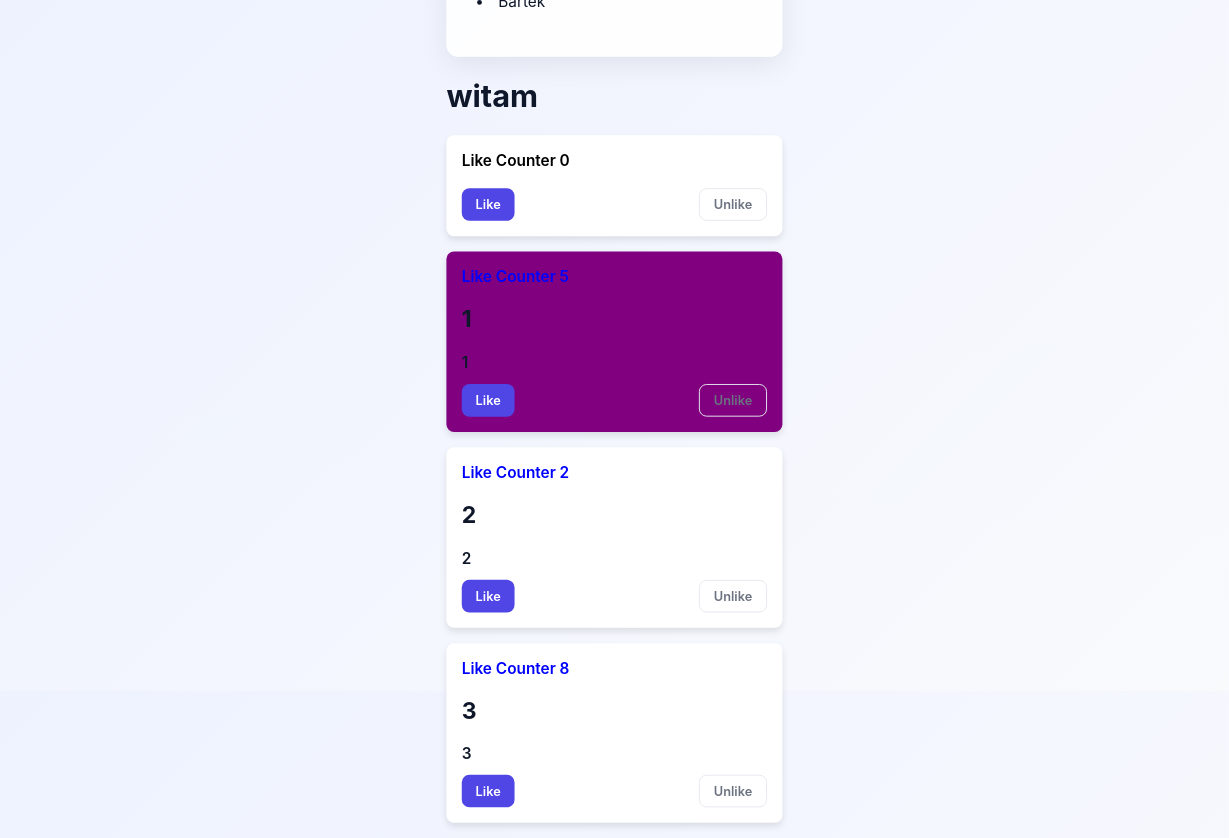
Repository: KrystianTrzy/reactapt
Page: /
An editor plug-in stored every save of this project. The page is shown before and after the next save, followed by the edit.
The browser window is 1280 px wide. The pictures show the whole page, at 96% of full size.
The project was rebuilt for these pictures with package versions that can differ from the ones it lists, and the page was loaded fresh each time.

Above is the page before, as saved 2025-11-22 09:43:03.

### src/index.js
import React from 'react';
import ReactDOM from 'react-dom/client';
import './index.css';
import App from './components/App/App';
import LikeCounter from './components/App/LikeCounter/LikeCounter';

const root = ReactDOM.createRoot(document.getElementById('root'));
root.render(
  <React.StrictMode>
    <div>
      <App />
      <h1>witam</h1>
      <LikeCounter />
      <LikeCounter
        color="purple"
        title="1"
        description="1"
        count ="5"
      />

      <LikeCounter
        title="2"
        description="2"
        count ="2"
      />

      <LikeCounter
        title="3"
        description="3"
        count ="8"
      />
    </div>
  </React.StrictMode>
);

// If you want to start measuring performance in your app, pass a function
// to log results (for example: reportWebVitals(console.log))
// or send to an analytics endpoint. Learn more: https://bit.ly/CRA-vitals

### src/index.css
:root {
	--bg: #f6f8ff;
	--card: #ffffff;
	--accent: #4f46e5;
	--muted: #6b7280;
	--radius: 12px;
}

* {
	box-sizing: border-box;
}

html, body, #root {
	height: 100%;
}

body {
	margin: 0;
	font-family: Inter, system-ui, -apple-system, 'Segoe UI', Roboto, 'Helvetica Neue', Arial;
	background: linear-gradient(135deg, #eef2ff 0%, #f8fafc 100%);
	color: #0f172a;
	-webkit-font-smoothing: antialiased;
	-moz-osx-font-smoothing: grayscale;
}

#root {
	display: flex;
	align-items: center;
	justify-content: center;
	padding: 2rem;
}

.App {
	width: 100%;
	max-width: 920px;
	background: rgba(255,255,255,0.9);
	border-radius: var(--radius);
	box-shadow: 0 8px 30px rgba(2,6,23,0.08);
	padding: 2rem;
}

ul {
	padding-left: 1.1rem;
}

button {
	font-family: inherit;
}

### src/components/App/App.js
import LikeCounter from './LikeCounter/LikeCounter';

function App() {
  const name = "Krystian";
  const names =['Adrian', 'Maciek', 'Pawel', 'Bartek'];
  return (
    <>
      <div className="App">
          <p>
            {name.length > 4 ? name : 'Hello firends'}
          </p>
          <p> {names.map((name) => <li key={name}>{name}</li>) }</p>
      </div>
    </>
  );
}

export default App;

### src/components/App/LikeCounter/LikeCounter.js
import React, { useState } from 'react'
import './LikeCounter.css'

function LikeCounter({ color, title, description, count = 0 }) {
    const [likes, setLikes] = useState(Number(count));
    const handleLike = () => {
        setLikes(likes + 1);
    };

    const handleUnlike = () => {
        if (likes > 0) {
            setLikes(likes - 1);
        }
    };

    return (
        <div className="post" style={{backgroundColor: color }}>
            <p style={{ color: likes > 0 ? 'blue' : 'black' }}>Like Counter {likes}</p>
            <h2>{title}</h2>
            <p>{description}</p>
            <div className="actions">
                <button onClick={handleLike}>Like</button>
                <button onClick={handleUnlike}>Unlike</button>
            </div>
        </div>
    )
}

export default LikeCounter;

### src/components/App/LikeCounter/LikeCounter.css
.post {
    box-shadow: 0 4px 8px rgba(0, 0, 0, 0.1);
    padding: 1rem;
    width: 350px;
    border-radius: 0.5rem;
    background: var(--card);
    margin: 1rem auto;
    color: #0f172a;

}


.actions {
    display: flex;
    flex-direction: row;
    justify-content: space-between;
}



.post p {
    margin: 0 0 0.8rem 0;
    font-weight: 600;
}

.actions button {
    padding: 0.5rem 0.9rem;
    border-radius: 8px;
    border: none;
    cursor: pointer;
    font-weight: 600;
}

.actions button:first-child {
    background: var(--accent);
    color: white;
}

.actions button:last-child {
    background: transparent;
    color: var(--muted);
    border: 1px solid #e6e9ef;
}

.actions button:hover {
    transform: translateY(-1px);
}

Loaded but not shown: public/index.html (common file)

After the next save:
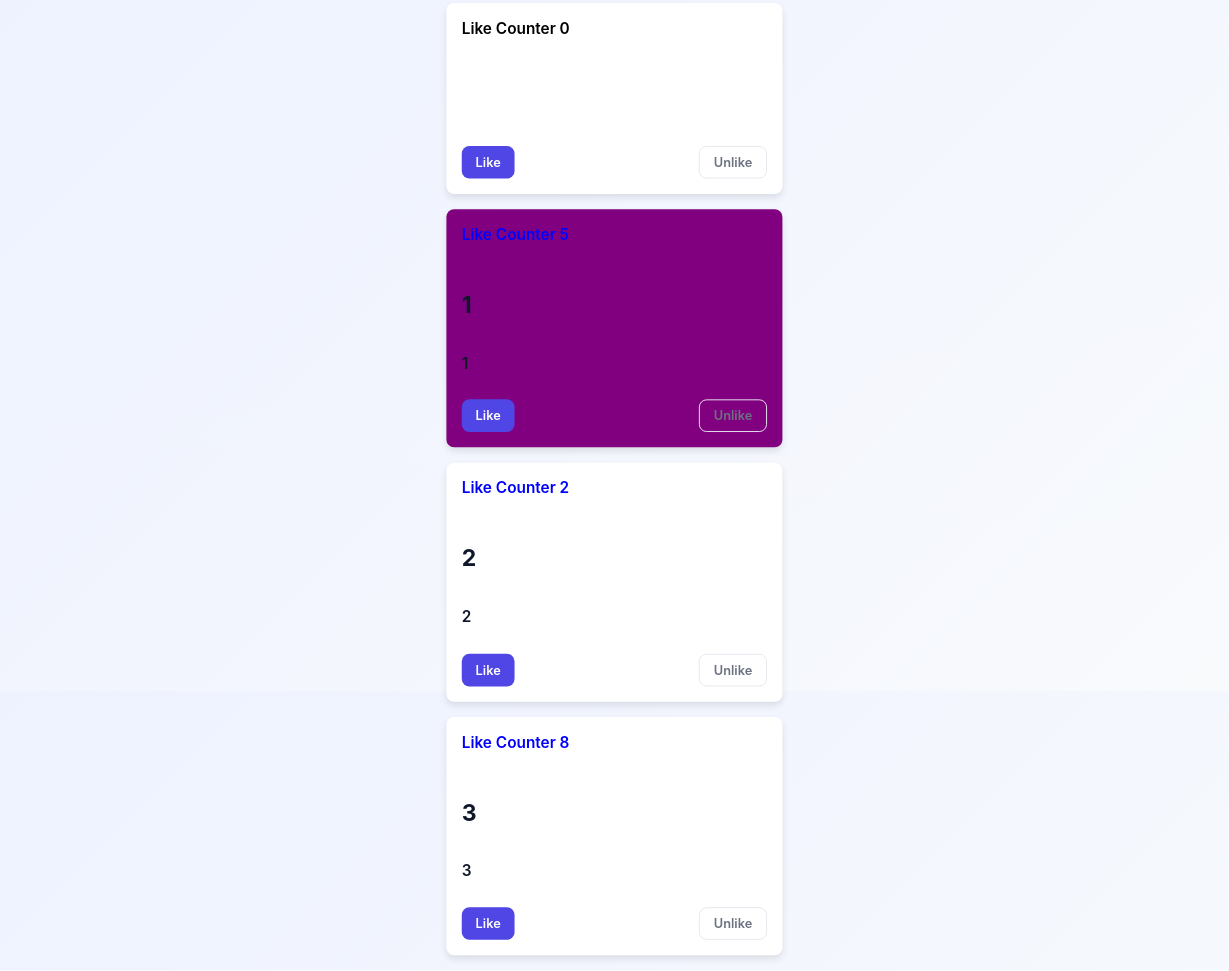
Saved 4 s later.
--- a/src/components/App/LikeCounter/LikeCounter.css
+++ b/src/components/App/LikeCounter/LikeCounter.css
@@ -6,7 +6,9 @@
     background: var(--card);
     margin: 1rem auto;
     color: #0f172a;
-
+    display: flex;
+    flex-direction: column;
+    gap: 1rem;
 }
 
 
